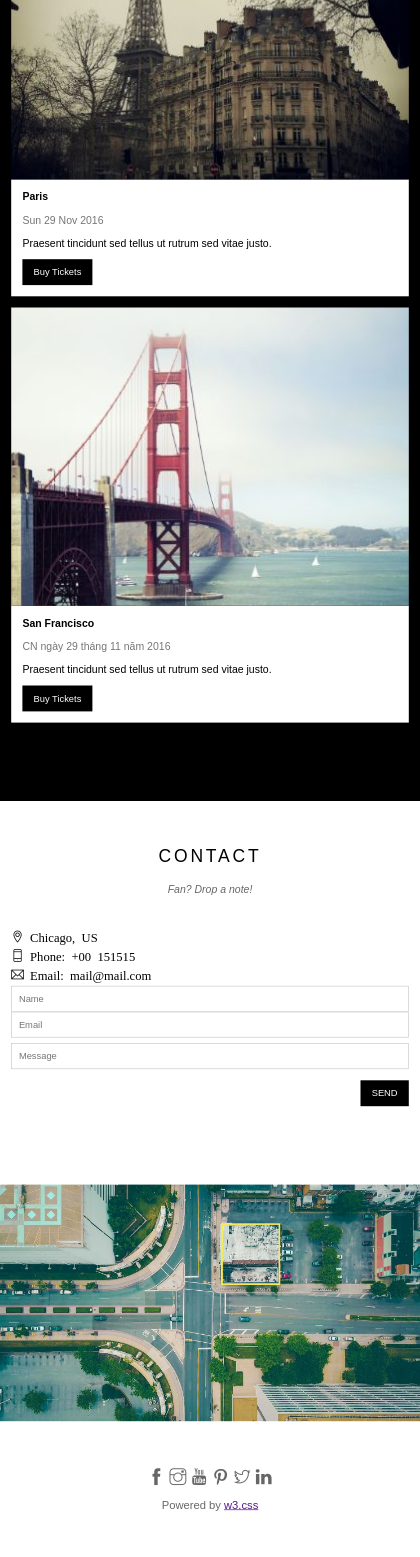
Repository: BillLee2000/w3-band
Page: index.html
These files come from the project's save history. The page is drawn as it stood at one moment and after the next save; the edit follows.
The browser window is 600 px wide. The pictures show the part of the page from y = 3205 to 5445 px (the page is 5429 px tall before and 5445 px after), at 70% of full size.

Above is the page before, as saved 2021-12-17 06:22:55.

After the next save:
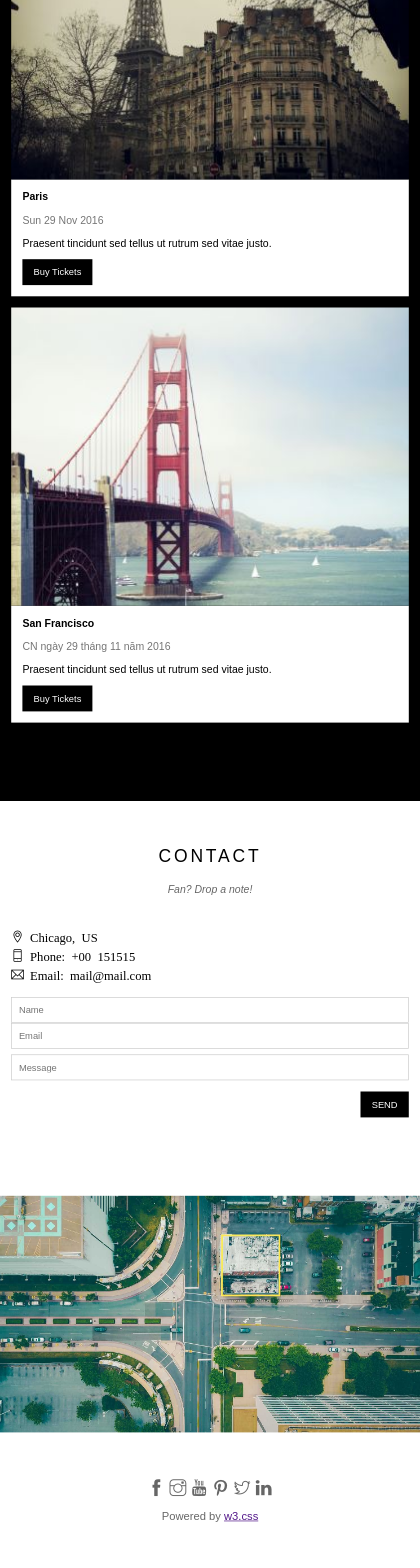
Saved 95 s later.
--- a/assets/css/responsive.css
+++ b/assets/css/responsive.css
@@ -47,5 +47,7 @@
     #header .search-btn {
         display: none;
     }
-
+    .contact-form {
+        margin-top: 16px;
+    }
 }
